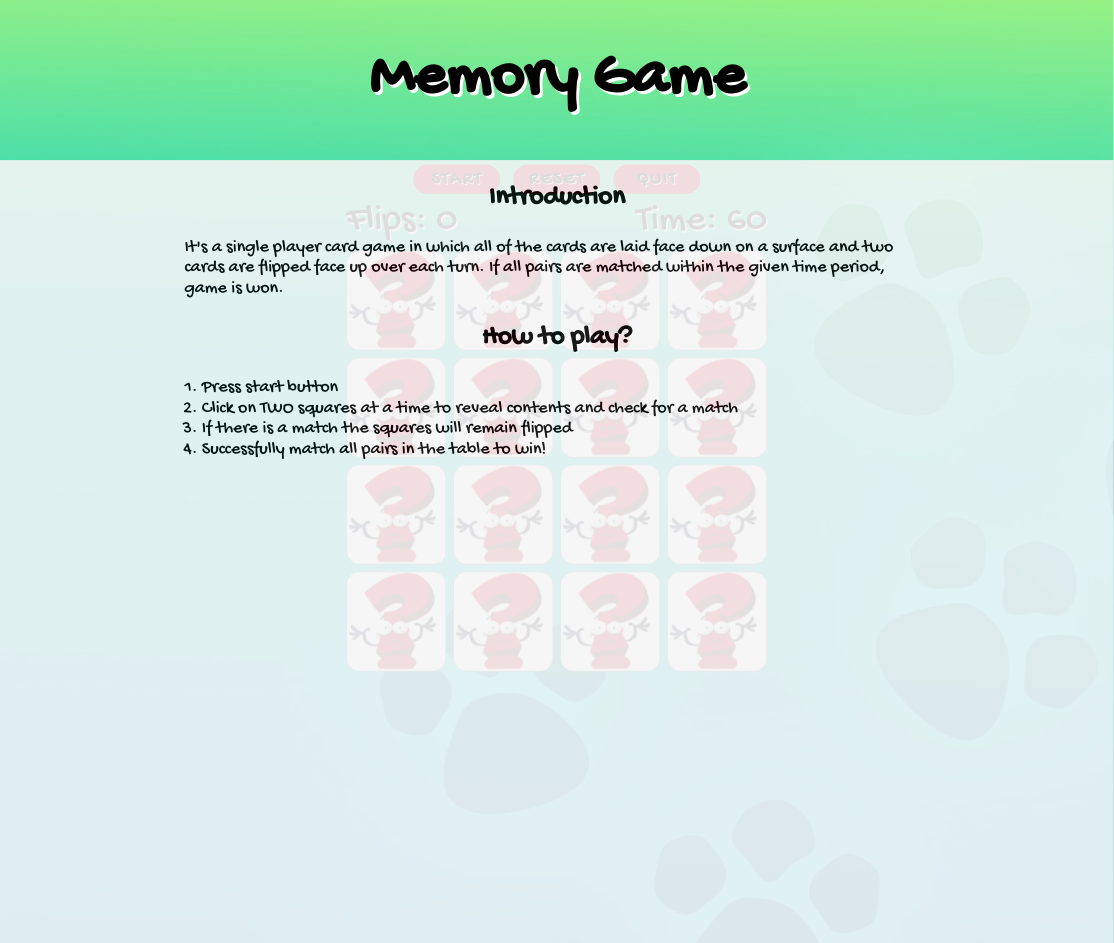
Repository: lauramika/Memory-Game
Page: index.html
The author's editor kept a record of every edit. The page is drawn from the files as they stood at one moment, then again after the next edit.
The browser window is 1280 px wide. The pictures show the whole page, at 87% of full size.

Above is the page before.

### index.html
<!DOCTYPE html>
<html lang = 'en'>
    <head>
        <meta name="viewport" content="width=device-width, initial-scale=1.0">
        <link rel="stylesheet" href="style.css" type="text/css" />
        <title>Memory Game</title>
    </head>
    <body>
        <!--Main heading, title-->
        <h1 class="title-game">Memory Game</h1>
        <div id="overlay"  onload="on()" onclick="off()">
            <!--Intro-->
            <div id="intro">
                <h2>Introduction</h2>
                    <p>It's a single player card game in which all of the cards are
                    laid face down on a surface and two cards are flipped face up over
                    each turn. If all pairs are matched within the given time
                    period, game is won.</p>
            </div>
                <!--explanation how to play the game-->
             <div class="how-to-play">
                <h2>How to play?</h2>
                  <ol>
                    <li>Press start button</li>
                    <li>Click on TWO squares at a time to reveal contents and check for a match</li>
                    <li>If there is a match the squares will remain flipped </li>
                    <li>Successfully match all pairs in the table to win!</li>
                  </ol>
              </div>
          </div>
          <!--start, reset and quit buttons-->
        <div class="buttons">
            <button class="start" onclick="shuffle()">Start</button>
            <button class="reset">Reset</button>
            <button class="quit">Quit</button>
        </div>
        <!--Main container that holds all the cards-->
        <div class="main-container">
            <div class= "rules-container">
                <div class="level-container">
                    Flips: <span id="flips">0</span>
                </div>
                <div class="time-container">
                    Time: <span id="time-left">60</span>
                </div>
            </div>
            <!--Cards-->
            <div class="cards">
                <div class="front-face">
                    <img src="images/camera.png">
                </div>
                 <div class="back-face">
                   <img src="images/question.jpg">
                </div>
            </div>

            <div class="cards">
                <div class="front-face">
                    <img src="images/camera.png">
                </div>
                 <div class="back-face">
                   <img src="images/question.jpg">
                </div>
            </div>

            <div class="cards">
                <div class="front-face">
                    <img src="images/bomb.png">
                </div>
                 <div class="back-face">
                   <img src="images/question.jpg">
                </div>
            </div>

            <div class="cards">
                <div class="front-face">
                    <img src="images/bomb.png">
                </div>
                 <div class="back-face">
                   <img src="images/question.jpg">
                </div>
            </div>

            <div class="cards">
                <div class="front-face">
                    <img src="images/garfield.jpg">
                </div>
                 <div class="back-face">
                   <img src="images/question.jpg">
                </div>
            </div>

            <div class="cards">
                <div class="front-face">
                    <img src="images/garfield.jpg">
                </div>
                 <div class="back-face">
                   <img src="images/question.jpg">
                </div>
            </div>

            <div class="cards">
                <div class="front-face">
                    <img src="images/ladybug.jpg">
                </div>
                 <div class="back-face">
                   <img src="images/question.jpg">
                </div>
            </div>

            <div class="cards">
                <div class="front-face">
                    <img src="images/ladybug.jpg">
                </div>
                 <div class="back-face">
                   <img src="images/question.jpg">
                </div>
            </div>

            <div class="cards">
                <div class="front-face">
                    <img src="images/puppy.jpg">
                </div>
                 <div class="back-face">
                   <img src="images/question.jpg">
                </div>
            </div>

            <div class="cards">
                <div class="front-face">
                    <img src="images/puppy.jpg">
                </div>
                 <div class="back-face">
                   <img src="images/question.jpg">
                </div>
            </div>

            <div class="cards">
                <div class="front-face">
                    <img src="images/star.jpg">
                </div>
                 <div class="back-face">
                   <img src="images/question.jpg">
                </div>
            </div>

            <div class="cards">
                <div class="front-face">
                    <img src="images/star.jpg">
                </div>
                 <div class="back-face">
                   <img src="images/question.jpg">
                </div>
            </div>

            <div class="cards">
                <div class="front-face">
                    <img src="images/frog.jpg">
                </div>
                 <div class="back-face">
                   <img src="images/question.jpg">
                </div>
            </div>

            <div class="cards">
                <div class="front-face">
                    <img src="images/frog.jpg">
                </div>
                 <div class="back-face">
                   <img src="images/question.jpg">
                </div>
            </div>
            <div class="cards">

                <div class="front-face">
                    <img src="images/bananas.jpg">
                </div>
                 <div class="back-face">
                   <img src="images/question.jpg">
                </div>
            </div>

            <div class="cards">
                <div class="front-face">
                    <img src="images/bananas.jpg">
                </div>
                 <div class="back-face">
                   <img src="images/question.jpg">
                </div>
            </div>

        </div>
        <script type="text/javascript" src="script.js"></script>
    </body>
</html>

### style.css
/*import google font*/
@import url('https://fonts.googleapis.com/css?family=Gochi+Hand&display=swap');
* {
    box-sizing: border-box;
}
html {
    min-height: 100vh;
}
body {
    margin: 0;
     background-image: url("images/paw-print-941498_1920.jpg");
    font-family: 'Gochi Hand', cursive;
    color: black;
    font-size: 1.3em;

}
h1 {
    text-shadow: 3px 3px white;
}
h2 {
    text-align: center;
    text-shadow: 2px 2px white;
}
p, .times {
    margin: 20px;
}
#intro, .how-to-play{
    margin: auto;
    width: 70%;
}
.title-game {
    color:black;
    text-align: center;
    font-size: 3.5em;
}

.rules-container {
    grid-column: 1 / -1;
    display: flex;
    justify-content: space-between;
}
/*container that holds all the cards*/
.main-container {
    display: grid;
    grid-template-columns: repeat(4, auto);
    grid-gap: 8px;
    justify-content: center;
    margin-bottom: 100px;
    color: black;
    text-shadow: 2px 2px white;
    font-size: 2.1em;

}
/*card styles*/
.cards {
    background-color: white;
    height: 115px;
    width: 115px;
    border-radius: 15px;
    transition: transform .2s;
    border: 1px solid gray;
    position: relative;
    transform-style: preserve-3d;

}
/**************flipping of cards************/
.front-face {
    backface-visibility: hidden;
     transform: rotateY(180deg);
}
.back-face {
    backface-visibility: hidden;
}
.cards:hover {
    transform: scale(1.05);
    transform: rotateY(180deg);
    transition: ease .6s;
}
/*image sizes in desktop view*/
img {
    height: 111px;
    width: 111px;
    border-radius: 15px;
}
/*positioning of images absolute to their parent div*/
.front-face, .back-face {
    position: absolute;
}
.buttons {
    text-align: center;
}
/*start, reset and quit button styles*/
button {
    font-family: 'Gochi Hand', cursive;
    width: 100px;
    font-size: 1em;
    letter-spacing: 2px;
    color: black;
    font-weight: bold;
    text-transform: uppercase;
    background: rgb(199,1,30);
    text-shadow: 1px 1px white;
    padding: 5px 10px;
    border-radius: 30px;
    border: none;
    margin: 5px;
}
button:hover {
   transform: scale(1.1);
   box-shadow: 3px 3px white;
   opacity: 0.9;
}
#overlay {
  margin-top: 0;
  height: 900px;
  display: visible;
  background-color: whitesmoke;
  z-index: 10;
  position: absolute;
  opacity: .9;
}
/****************************TABLET************************/
@media screen and (max-width: 800px) {
  .cards{
      height: 95px;
      width: 95px;
  }
  img {
      height: 91px;
      width: 91px;
  }
  .main-container {
      grid-gap: 4px;
  }
  .title-game {
      font-size: 2.5em;
  }
  .main-container {
      font-size: 1.6em;
  }
  #intro, .how-to-play {
    width: 90%;
  }
}
 /************************PHONE***************************/
@media screen and (max-width: 480px) {
  .cards{
      height: 70px;
      width: 70px;
  }
  img {
      height: 66px;
      width: 66px;
  }
  .main-container {
      grid-gap: 1px;
  }
  .title-game {
      font-size: 2em;
  }
  .main-container {
      font-size: 1.2em;
  }
  button {
    width: 80px;
    font-size: 1em;
    }
  #intro, .how-to-play {
     width: 95%;
    }
}

### script.js

/*function shuffle() {

  var tiles = Array.from(document.getElementsByClassName("cards"));
  var current = tiles.length;
  var index, temp;

  while (current > 0) {
    index = Math.floor(Math.random() * current);
    current--;

    temp = tiles[current];
    tiles[current] = tiles[index];
    tiles[index] = temp;
  }
   document.getElementsByClassName("cards") = tiles.innerHTML;


}*/

After the next edit:
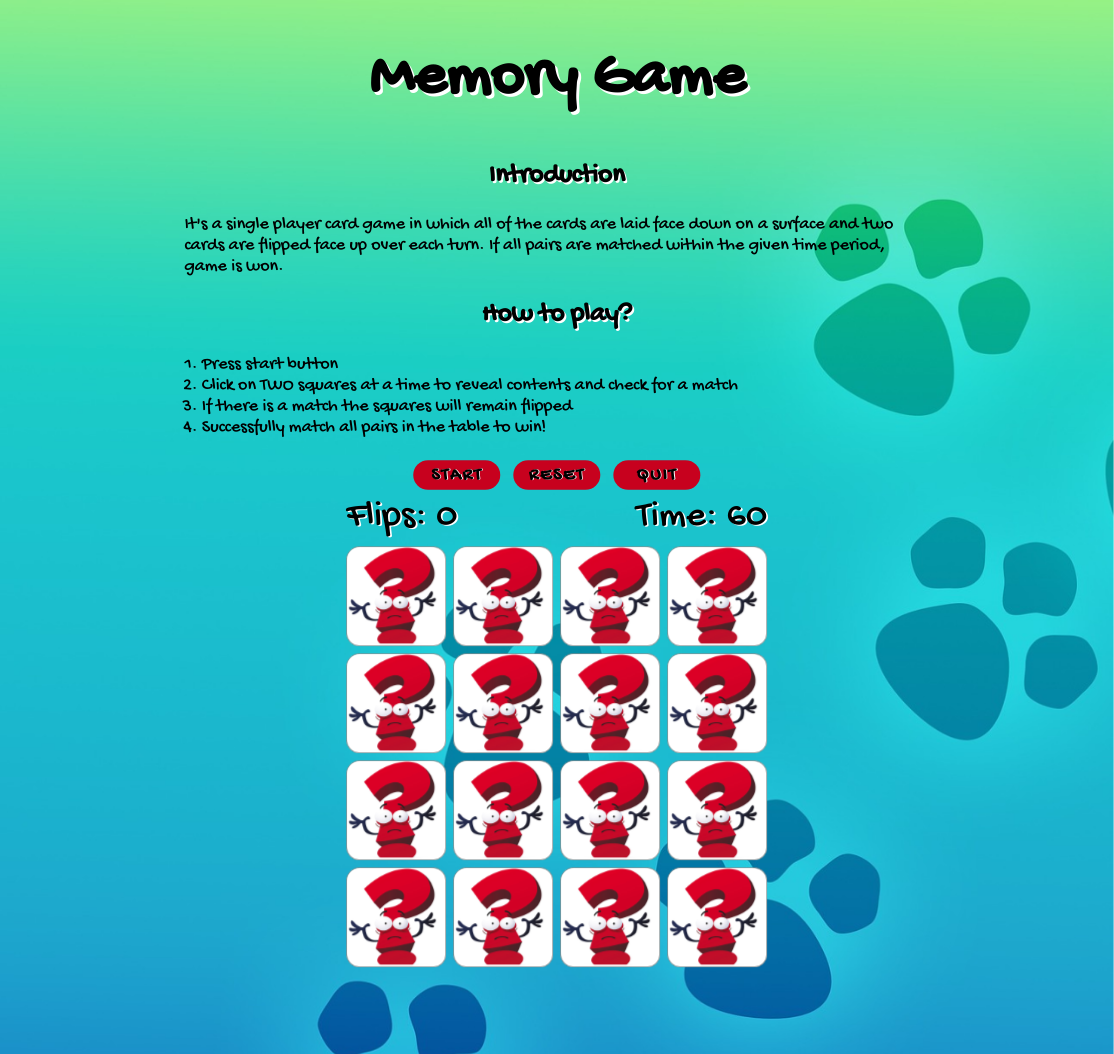
The edit:
--- a/index.html
+++ b/index.html
@@ -8,7 +8,7 @@
     <body>
         <!--Main heading, title-->
         <h1 class="title-game">Memory Game</h1>
-        <div id="overlay"  onload="on()" onclick="off()">
+
             <!--Intro-->
             <div id="intro">
                 <h2>Introduction</h2>
